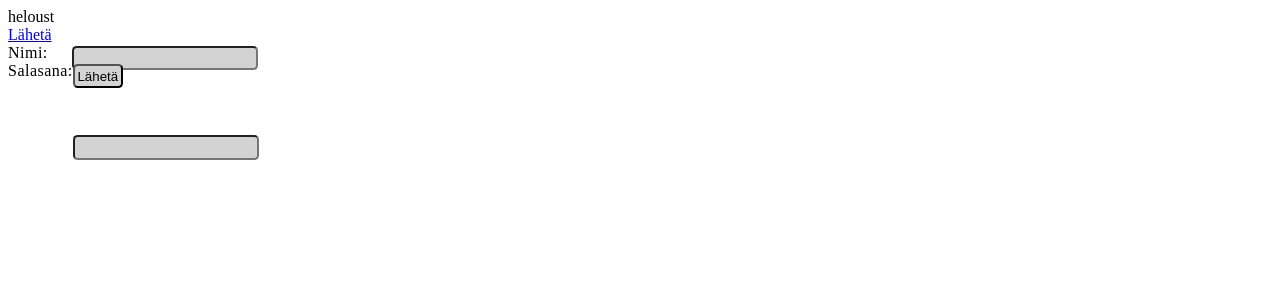
Repository: sirkian/ohj2-t4
Page: http://localhost/Kommunikaatio/
An editor plug-in stored every save of this project. The page is shown before and after the next save, followed by the edit.
The browser window is 1280 px wide. The pictures show the whole page.
The page is served by Tomcat 9.

Above is the page before, as saved 2022-03-19 14:08:10.

After the next save:
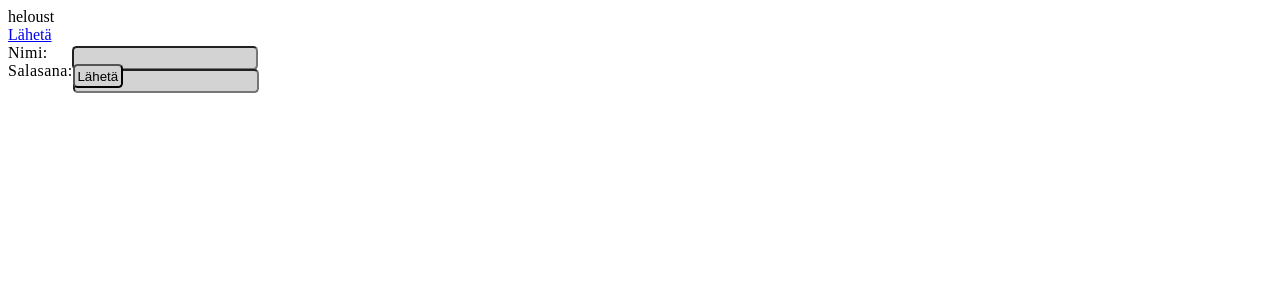
Saved 10 s later.
--- a/Kommunikaatio/src/main/webapp/index.jsp
+++ b/Kommunikaatio/src/main/webapp/index.jsp
@@ -21,7 +21,7 @@ input {
 	left: 5.4em;
 }
 .pw {
-	top: 10em;
+	top: 5em;
 }
 form {
 	letter-spacing: 0.03em;
